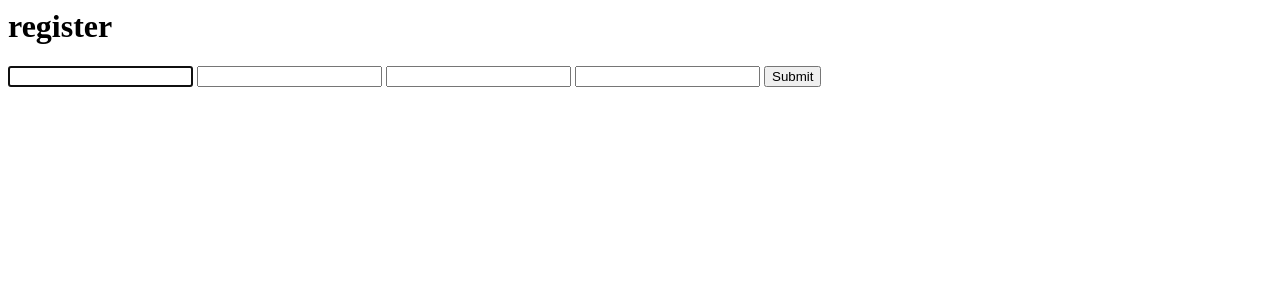
Repository: Abdaljawad-Aya/login-register-auth-validation-Django
Page: http://localhost/register/
These files come from the project's save history. The page is drawn as it stood at one moment and after a run of saves; the edit follows.
The browser window is 1280 px wide. The pictures show the whole page.
The page is served by the project's application, run on Django 3.2 (project8/manage.py). Other server files are loaded and not shown.

Above is the page before, as saved 2021-03-11 22:08:44.

### project8/project8/templates/register.html
<h1>register</h1>


<form method="POST" action>
  {% csrf_token %}
   {% for field in form %}
     {{field}}
   {% endfor %}
     <input type="submit" name="Create User">
</form>

### project8/project8/App/forms.py
from django.forms import ModelForm
from django.contrib.auth.forms import UserCreationForm
from django.contrib.auth.models import User
from django import forms

from .models import Data_Source



class OrderForm(ModelForm):
  class Meta:
          model  = Data_Source
          fields = '__all__'

class CreateUserForm(UserCreationForm):
    class Meta:
          model  = User
          fields = ['username','email','password1','password2']

### project8/project8/App/views.py
from django.shortcuts import render
from django.contrib.auth.forms import UserCreationForm


# Create your views here.
from .models import *
from .forms import OrderForm, CreateUserForm
from .filters import OrderFilters


def registerPage(request):
    form = CreateUserForm()

    if request.method == 'POST':
        form = CreateUserForm(request.POST)
        if form.is_valid():
              form.save()

    context ={'form':form}
    return render(request, '../templates/register.html', context)


def loginPage(request):
    context ={}
    return render(request, '../templates/login.html', context)

def index(request):
    return render(request , "index.html")

### project8/project8/project8/urls.py
"""project8 URL Configuration

The `urlpatterns` list routes URLs to views. For more information please see:
    https://docs.djangoproject.com/en/3.1/topics/http/urls/
Examples:
Function views
    1. Add an import:  from my_app import views
    2. Add a URL to urlpatterns:  path('', views.home, name='home')
Class-based views
    1. Add an import:  from other_app.views import Home
    2. Add a URL to urlpatterns:  path('', Home.as_view(), name='home')
Including another URLconf
    1. Import the include() function: from django.urls import include, path
    2. Add a URL to urlpatterns:  path('blog/', include('blog.urls'))
"""
from django.contrib import admin
from django.urls import path
from App import views

urlpatterns = [
    path('register/', views.registerPage, name="register"),
    path('login/', views.loginPage, name="login"),

    path('admin/', admin.site.urls),
    path('', views.index),
]

After the next 2 saves:
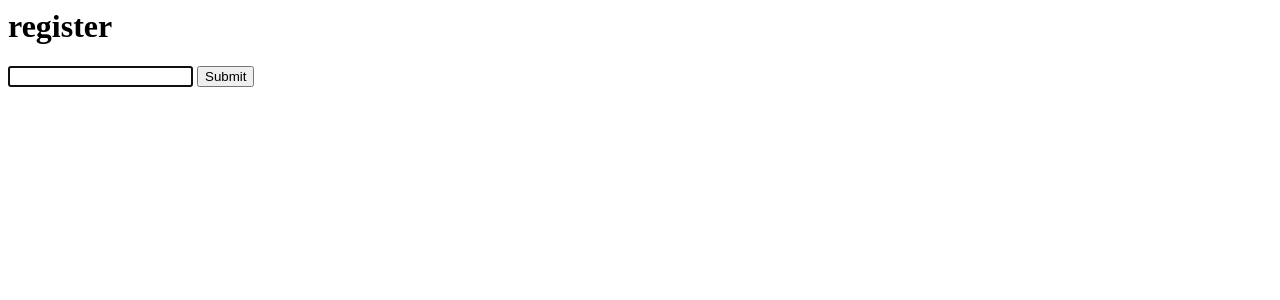
The 2 saves are shown as one change because 1 did not build or start.
The last was saved 53 s later.
--- a/project8/project8/templates/register.html
+++ b/project8/project8/templates/register.html
@@ -3,8 +3,6 @@
 
 <form method="POST" action>
   {% csrf_token %}
-   {% for field in form %}
-     {{field}}
-   {% endfor %}
+  {{form.username}}
      <input type="submit" name="Create User">
 </form>
